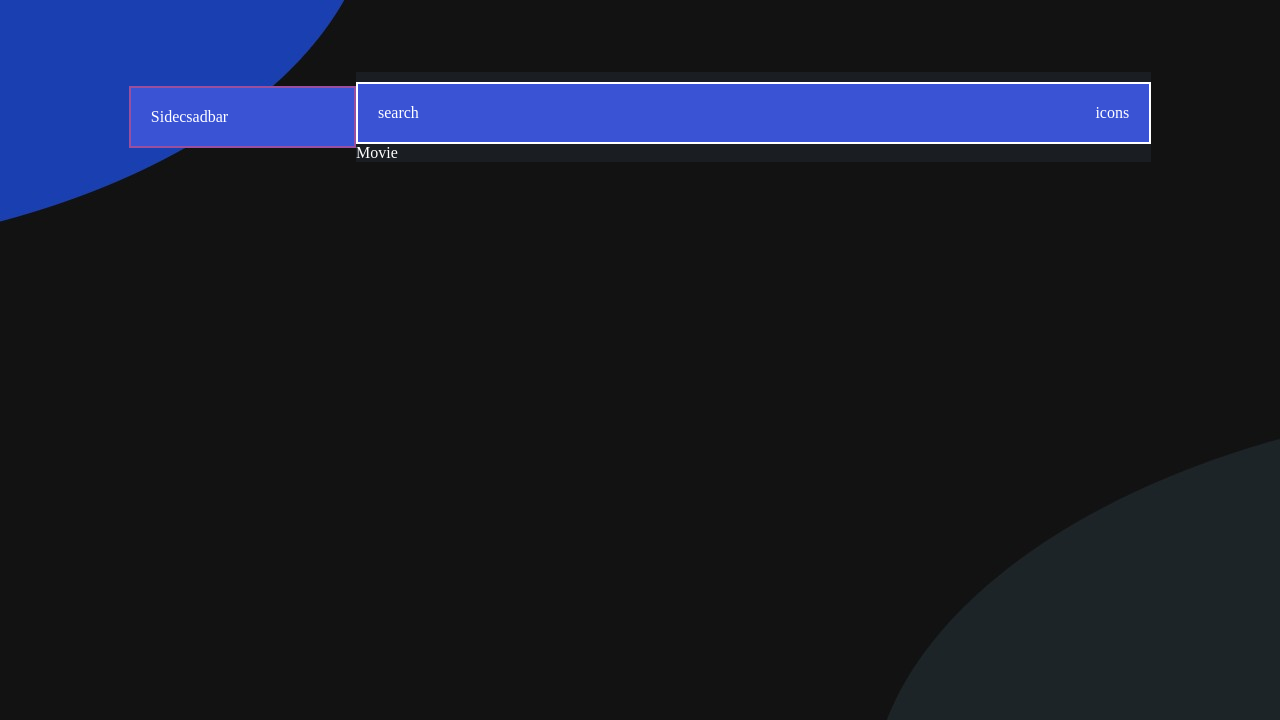
Repository: DevLaukey/movie-task
Page: /
These files come from the project's save history. The page is drawn as it stood at one moment and after the next save; the edit follows.
The browser window is 1280 px wide. The pictures show the whole page.
The project was rebuilt for these pictures with package versions that can differ from the ones it lists, and the page was loaded fresh each time. Also part of the build but not shown: src/components/Body/Movies.css.

Above is the page before, as saved 2022-06-15 13:08:30.

### src/App.js
import "./App.css"
import Body from "./components/Body/Body";
import Sidebar from "./components/Sidebar/Sidebar";

function App() {
  return (
    <main className="App">
      <div className="App__container">
        <Sidebar />
        <Body />
      </div>
    </main>
  );
}

export default App;

### src/index.css
*{
    padding: 0;
    margin: 0;
    box-sizing: border-box;

}

### src/features/counter/counterSlice.js
import { createAsyncThunk, createSlice } from '@reduxjs/toolkit';
import { fetchCount } from './counterAPI';

const initialState = {
  value: 0,
  status: 'idle',
};

// The function below is called a thunk and allows us to perform async logic. It
// can be dispatched like a regular action: `dispatch(incrementAsync(10))`. This
// will call the thunk with the `dispatch` function as the first argument. Async
// code can then be executed and other actions can be dispatched. Thunks are
// typically used to make async requests.
export const incrementAsync = createAsyncThunk(
  'counter/fetchCount',
  async (amount) => {
    const response = await fetchCount(amount);
    // The value we return becomes the `fulfilled` action payload
    return response.data;
  }
);

export const counterSlice = createSlice({
  name: 'counter',
  initialState,
  // The `reducers` field lets us define reducers and generate associated actions
  reducers: {
    increment: (state) => {
      // Redux Toolkit allows us to write "mutating" logic in reducers. It
      // doesn't actually mutate the state because it uses the Immer library,
      // which detects changes to a "draft state" and produces a brand new
      // immutable state based off those changes
      state.value += 1;
    },
    decrement: (state) => {
      state.value -= 1;
    },
    // Use the PayloadAction type to declare the contents of `action.payload`
    incrementByAmount: (state, action) => {
      state.value += action.payload;
    },
  },
  // The `extraReducers` field lets the slice handle actions defined elsewhere,
  // including actions generated by createAsyncThunk or in other slices.
  extraReducers: (builder) => {
    builder
      .addCase(incrementAsync.pending, (state) => {
        state.status = 'loading';
      })
      .addCase(incrementAsync.fulfilled, (state, action) => {
        state.status = 'idle';
        state.value += action.payload;
      });
  },
});

export const { increment, decrement, incrementByAmount } = counterSlice.actions;

// The function below is called a selector and allows us to select a value from
// the state. Selectors can also be defined inline where they're used instead of
// in the slice file. For example: `useSelector((state: RootState) => state.counter.value)`
export const selectCount = (state) => state.counter.value;

// We can also write thunks by hand, which may contain both sync and async logic.
// Here's an example of conditionally dispatching actions based on current state.
export const incrementIfOdd = (amount) => (dispatch, getState) => {
  const currentValue = selectCount(getState());
  if (currentValue % 2 === 1) {
    dispatch(incrementByAmount(amount));
  }
};

export default counterSlice.reducer;

### src/App.css
.App{
    background-image: url(../public/back.jpg);
    width: 100vw;
    height: 100vh;
    background-size: cover;
    background-repeat: no-repeat;
    color: #fff;
}
.App__container{
    position: absolute;
    display: flex;
    align-items: center;
    justify-content: center;
    padding: 10vh;
    width: 100%;
}

### src/components/Body/Body.js
import React from "react";
import "./Body.css";
import Movies from "./Movies";
import Nav from "./Nav/Nav";
function Body() {
  return (
    <div className="body">
      <Nav />
      <Movies />
    </div>
  );
}

export default Body;

### src/components/Sidebar/Sidebar.js
import React from 'react'
import "./Sidebar.css"
function Sidebar() {
  return (
    <div className="sidebar">Sidecsadbar</div>
  )
}

export default Sidebar

### src/components/Body/Body.css
.body{
    background-color: #1a1d22;
    width: 70%;
}

### src/components/Body/Movies.js
import React from 'react'
import Movie from './Movie'
import "./Movies.css"
function Movies() {
  return (
      <div>
          <Movie />
    </div>
  )
}

export default Movies

### src/components/Body/Nav/Nav.js
import React from 'react'
import "./Nav.css"
function Nav() {
  return (
    <div className="nav">
      <div className="nav__search">
        search
      </div>
      <div className="nav__icons">
        icons
      </div>
    </div>
  )
}

export default Nav

### src/components/Sidebar/Sidebar.css
.sidebar{
    display:flex;
    width:20%;
    justify-content: space-between;
    align-items: center;
    padding: 20px 20px;
    background-color: #3a53d4;
    border: 2px solid rgba(158, 80, 158, 0.933);
}

### src/components/Body/Movie.js
import React from 'react'
import "./Movies.css"
function Movie() {
  return (
    <div>Movie</div>
  )
}

export default Movie

### src/components/Body/Nav/Nav.css
.nav{
    width: 100%;
    display: flex;
    justify-content: space-between;
    margin-top:10px;
    align-items: center;
    padding: 20px 20px;
    border: 2px solid #fff;
    background-color: #3a53d4;
}

Loaded but not shown: public/index.html (common file); src/index.js (common file); src/app/store.js (common file); src/reportWebVitals.js (common file); src/features/counter/counterAPI.js (common file)

After the next save:
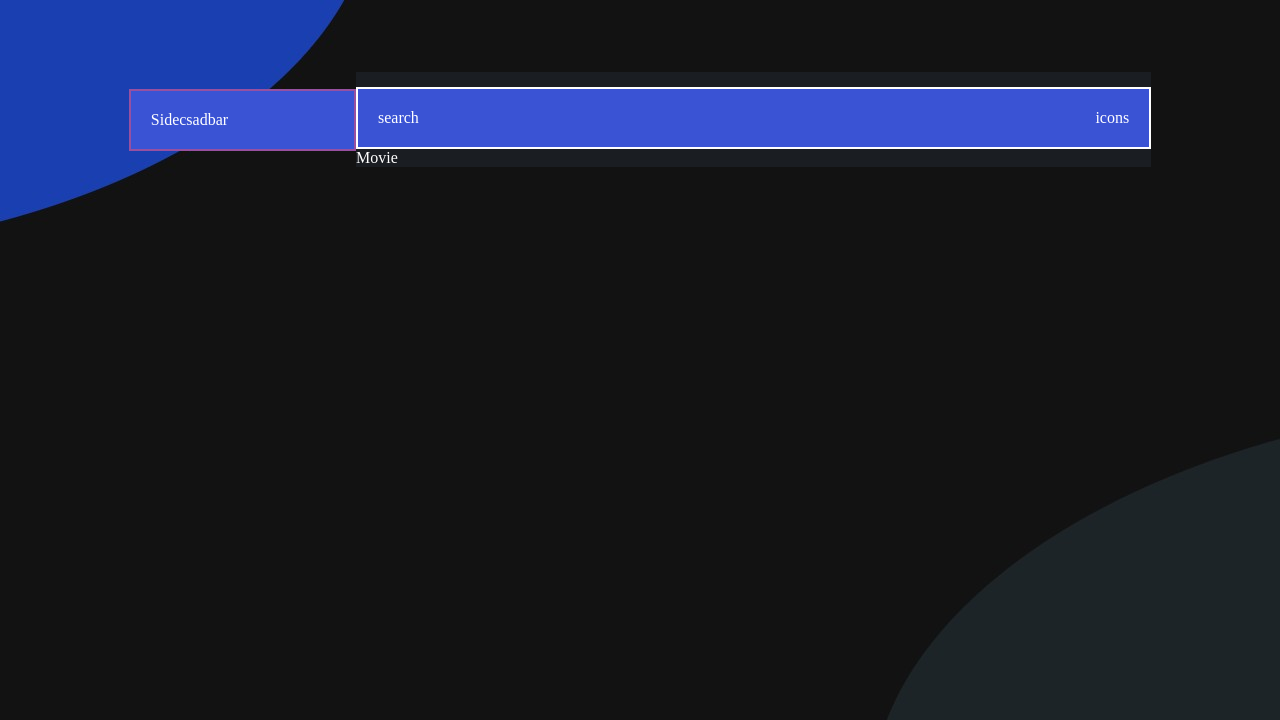
Saved 6 s later.
--- a/src/components/Body/Nav/Nav.css
+++ b/src/components/Body/Nav/Nav.css
@@ -2,7 +2,7 @@
     width: 100%;
     display: flex;
     justify-content: space-between;
-    margin-top:10px;
+    margin-top:15px;
     align-items: center;
     padding: 20px 20px;
     border: 2px solid #fff;
